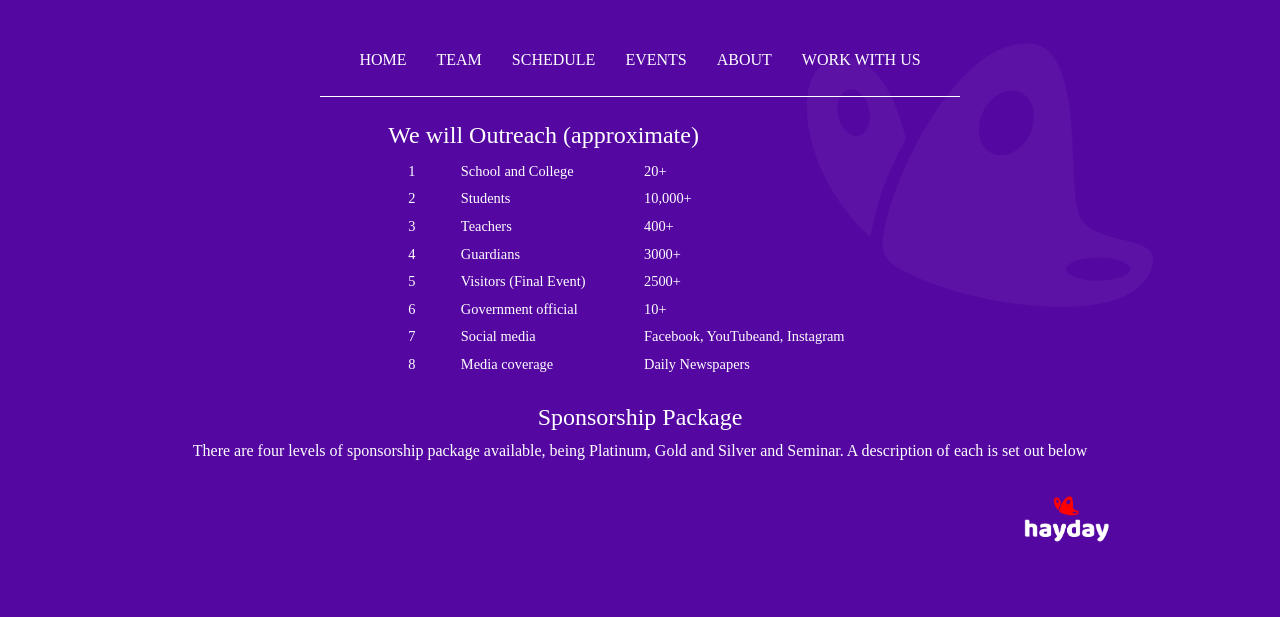
Repository: im1971/company-web
Page: workWithUs.html
The author's editor kept a copy of each file at every save. The page is drawn from the files as they stood at one save, then again after the next save.
The browser window is 1280 px wide. The pictures show the whole page.
Some web fonts or font styles are not loaded; a fallback is used.

Above is the page before, as saved 2020-01-27 10:17:55.

### workWithUs.html
<!DOCTYPE html>
<html>

<head>
    <title>hayday</title>
    <link rel="shortcut icon" type="img/x-icon" href="img/fav.png" />
    <link rel="stylesheet" href="css/mdb.min.css">
    <link rel="stylesheet" href="css/bootstrap.min.css">
    <link rel="stylesheet" href="css/fontawesome.min.css">
    <link rel="stylesheet" href="css/all.min.css">
    <link rel="stylesheet" href="css/style.css">
    <!-- fonts -->
    <link href="https://fonts.googleapis.com/css?family=Baloo+Bhai&display=swap" rel="stylesheet">
    <!-- fonts -->

</head>

<body>

    <div class="wrap_hayday">
        <div class="back_img"></div>
        <div class="container-fluid">
            <div class="row justify-content-center pb-4">
                <div class="col-md-12">
                    <nav class="navbar navbar-expand-lg">
                        <button class="navbar-toggler" type="button" data-toggle="collapse" data-target="#navbarSupportedContent" aria-controls="navbarSupportedContent" aria-expanded="false" aria-label="Toggle navigation">
                          <span class="navbar-toggler-icon"></span>
                        </button>

                        <div class="collapse navbar-collapse" id="navbarSupportedContent">
                            <ul class="navbar-nav m-auto text-uppercase">
                                <li class="nav-item active">
                                    <a class="nav-link" href="index.html">Home</a>
                                </li>
                                <li class="nav-item">
                                    <a class="nav-link" href="team.html">Team</a>
                                </li>
                                <li class="nav-item">
                                    <a class="nav-link" href="#">SCHEDULE</a>
                                </li>
                                <li class="nav-item">
                                    <a class="nav-link" href="#">Events</a>
                                </li>
                                <li class="nav-item">
                                    <a class="nav-link" href="about.html">About</a>
                                </li>
                                <li class="nav-item">
                                    <a class="nav-link" href="workWithUs.html">Work With us</a>
                                </li>
                            </ul>
                        </div>
                    </nav>
                </div>
                <div class="col-md-6 border_deco pt-3"></div>
            </div>
            <!-- <div class="container"> -->
            <div class="row justify-content-center">
                <div class="col-md-5 outreach">
                    <h4>We will Outreach (approximate)</h4>
                    <div class="table-responsive table-sm">
                        <table class="table">
                            <tbody>
                                <tr>
                                    <td>1</td>
                                    <td>School and College</td>
                                    <td>20+</td>
                                </tr>
                                <tr>
                                    <td>2</td>
                                    <td>Students</td>
                                    <td>10,000+</td>
                                </tr>
                                <tr>
                                    <td>3</td>
                                    <td>Teachers</td>
                                    <td>400+</td>
                                </tr>
                                <tr>
                                    <td>4</td>
                                    <td>Guardians</td>
                                    <td>3000+</td>
                                </tr>
                                <tr>
                                    <td>5</td>
                                    <td>Visitors (Final Event)</td>
                                    <td>2500+</td>
                                </tr>
                                <tr>
                                    <td>6</td>
                                    <td>Government official</td>
                                    <td>10+</td>
                                </tr>
                                <tr>
                                    <td>7</td>
                                    <td>Social media</td>
                                    <td>Facebook, YouTubeand, Instagram</td>
                                </tr>
                                <tr>
                                    <td>8</td>
                                    <td>Media coverage</td>
                                    <td>Daily Newspapers</td>
                                </tr>
                            </tbody>
                        </table>
                    </div>
                </div>
            </div>
            <div class="row justify-content-center mt-2">
                <div class="col-md-12">
                    <h4 class="text-center">Sponsorship Package</h4>
                    <p class="text-center">
                        There are four levels of sponsorship package available, being Platinum, Gold and Silver and Seminar. A description of each is set out below
                    </p>
                </div>
            </div>
            <!-- </div> -->
            <div class="row justify-content-end my-3">
                <div class="col-md-4 m-autp">
                    <div class="middle_body">
                        <div class="logo">
                            <img src="img/logo.png" alt="" style="height: 50px">
                        </div>
                        <!-- <p>Read about our Inspiration</p> -->
                    </div>
                </div>
            </div>
        </div>
    </div>
    </div>



    <!-- <script src="https://code.jquery.com/jquery-3.4.1.slim.min.js" integrity="sha384-J6qa4849blE2+poT4WnyKhv5vZF5SrPo0iEjwBvKU7imGFAV0wwj1yYfoRSJoZ+n" crossorigin="anonymous"></script>
    <script src="https://cdn.jsdelivr.net/npm/popper.js@1.16.0/dist/umd/popper.min.js" integrity="sha384-Q6E9RHvbIyZFJoft+2mJbHaEWldlvI9IOYy5n3zV9zzTtmI3UksdQRVvoxMfooAo" crossorigin="anonymous"></script>
    <script src="https://stackpath.bootstrapcdn.com/bootstrap/4.4.1/js/bootstrap.min.js" integrity="sha384-wfSDF2E50Y2D1uUdj0O3uMBJnjuUD4Ih7YwaYd1iqfktj0Uod8GCExl3Og8ifwB6" crossorigin="anonymous"></script> -->

    <script type="text/javascript" src="js/jquery.min.js"></script>
    <!-- Bootstrap tooltips -->
    <script type="text/javascript" src="js/popper.min.js"></script>
    <!-- Bootstrap core JavaScript -->
    <script type="text/javascript" src="js/bootstrap.min.js"></script>
    <!-- MDB core JavaScript -->
    <script type="text/javascript" src="js/mdb.min.js"></script>


</body>

</html>

### css/style.css
body {
    padding: 0;
    margin: 0;
    background: #5407A1 !important;
    color: #fff !important;
    font-family: 'Baloo Bhai', cursive;
    position: relative;
}


/* global */

html {
    overflow: scroll;
    overflow-x: hidden;
}

::-webkit-scrollbar {
    width: 0px;
    /* Remove scrollbar space */
    background: transparent;
    /* Optional: just make scrollbar invisible */
}


/* Optional: show position indicator in red */

::-webkit-scrollbar-thumb {
    background: #FF0000;
}


/* global */

.back_img {
    background-image: url(../img/back.png);
    height: 350px;
    width: 600px;
    position: absolute;
    background-position: center center;
    background-size: cover;
    opacity: 5%;
    /* top: 30%; */
    right: 0;
}


/* header */

.wrap_hayday .navbar {
    box-shadow: none;
}

.wrap_hayday .container-fluid {
    min-height: 100vh;
}

.wrap_hayday nav .nav-link {
    padding-right: 15px !important;
    padding-left: 15px !important;
    color: #fff;
    font-family: 'Baloo Bhai', cursive;
}

.wrap_hayday .border_deco {
    border-bottom: .25px solid #fff;
}

.wrap_hayday nav .nav-link:hover {
    color: #FF0000;
    transition-duration: 0.5s;
}

.wrap_hayday .navbar {
    padding: 40px;
    padding-bottom: 0;
}


/* header */


/* middle body */

.wrap_hayday .middle_body {
    text-align: center;
}

.wrap_hayday .middle_body .logo img {
    /* background-image: url(logo.png); */
    height: 100px;
}

.wrap_hayday .others_page_middle {
    text-align: center;
    position: absolute;
    right: 30px;
    bottom: 0;
}

.wrap_hayday .others_page_middle img {
    height: 70px;
}


/* middle body */


/* footer-body */

.myprogress {
    min-width: 100%;
    margin: 0px auto;
    text-align: center;
}

.myprogress .circle {
    display: inline-block;
    background: #fff;
    width: 50px;
    height: 50px;
    border-radius: 80px;
    border: 1px solid #d5d5da;
    cursor: pointer;
}

.myprogress .circle:hover {
    background: #FF0000;
    color: #5407A1;
    transition-duration: 0.5s;
}

.myprogress .bar {
    position: relative;
    width: 100px;
    padding-right: 15px;
    font-family: none;
    /* height: 2px; */
    /* top: 10px; */
    /* border: 0px solid #fff; */
}

.myprogress .circle .label {
    display: inline-block;
    width: 40px;
    height: 40px;
    line-height: 30px;
    border-radius: 40px;
    font-size: 24px;
}

.myprogress .circle .title {
    color: #5407A1;
    font-size: 24px;
    line-height: 50px;
    cursor: pointer;
}

.myprogress .circle .title:hover {
    color: #fff;
}

.myprogress i {
    font-size: 11px;
}

.myprogress .abc {
    animation: pulse 1s infinite;
    color: #FF0000;
}

.myprogress .pulse {
    -webkit-animation-duration: 3s;
    -webkit-animation-delay: 2s;
    -webkit-animation-iteration-count: 5;
}


/* footer-body */


/* about hayday */

.accordion .card-header {
    padding: 0;
    background: #5407A1;
    margin-bottom: 0;
}

.accordion .card-header .btn-link {
    color: #fff;
    padding: 0;
}

.accordion .card {
    border: none;
    border-radius: 0;
}

.accordion i {
    position: absolute;
    right: 10px;
    top: 5px;
}

.accordion p {
    color: #000;
    font-family: serif;
    font-size: 15px;
}

.accordion h4 {
    color: #000;
    font-family: serif;
    font-weight: 700 !important;
    font-size: 22px;
}


/* about hayday */


/* work with us */

.outreach table.table th,
table.table td {
    padding: 3px 20px;
    color: #fff;
    border: none;
    font-family: auto;
}


/* work with us */


/* team */

.team .team_image {
    background-image: url(../img/team/team-back.jpg);
    height: 400px;
    background-position: center center;
    background-size: cover;
}

.team .grid {
    padding-left: 0;
    padding-right: 0;
}


/* team */

Loaded but not shown: css/mdb.min.css (library); css/bootstrap.min.css (library); css/fontawesome.min.css (library); css/all.min.css (library); js/jquery.min.js (library); js/popper.min.js (library); js/bootstrap.min.js (library); js/mdb.min.js (library)

After the next save:
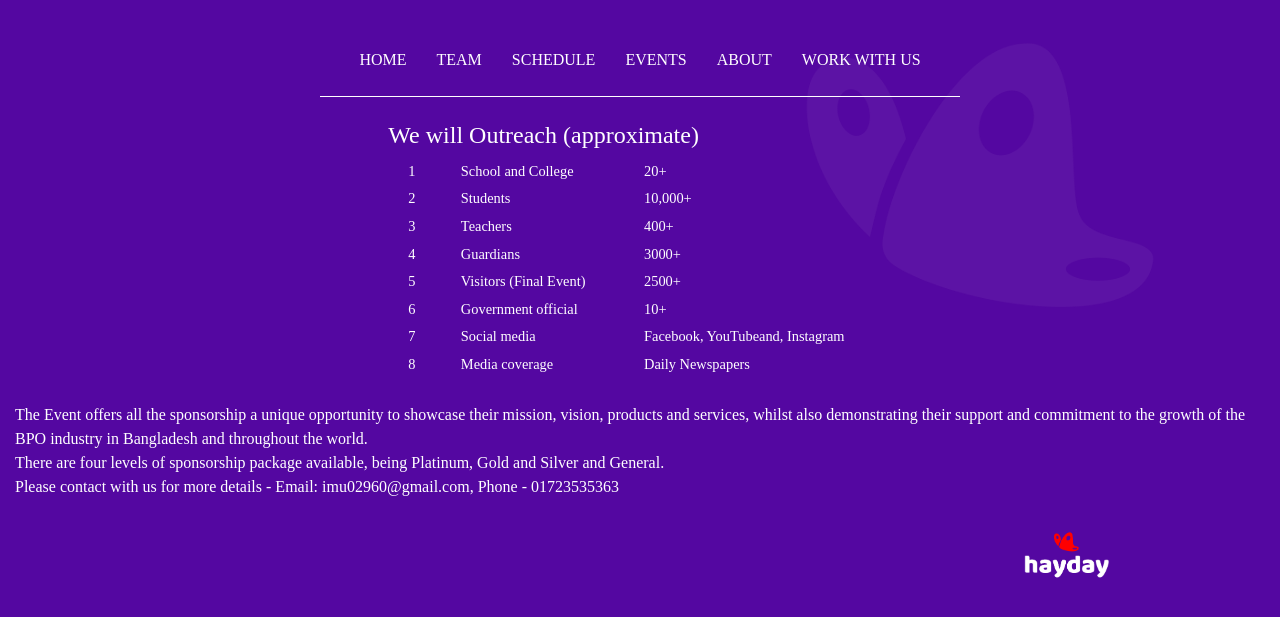
Saved 6 min 31 s later.
--- a/workWithUs.html
+++ b/workWithUs.html
@@ -107,9 +107,10 @@
             </div>
             <div class="row justify-content-center mt-2">
                 <div class="col-md-12">
-                    <h4 class="text-center">Sponsorship Package</h4>
-                    <p class="text-center">
-                        There are four levels of sponsorship package available, being Platinum, Gold and Silver and Seminar. A description of each is set out below
+                    <p>
+                        The Event offers all the sponsorship a unique opportunity to showcase their mission, vision, products and services, whilst also demonstrating their support and commitment to the growth of the BPO industry in Bangladesh and throughout the world.
+                        <br> There are four levels of sponsorship package available, being Platinum, Gold and Silver and General.
+                        <br> Please contact with us for more details - Email: imu02960@gmail.com, Phone - 01723535363
                     </p>
                 </div>
             </div>
